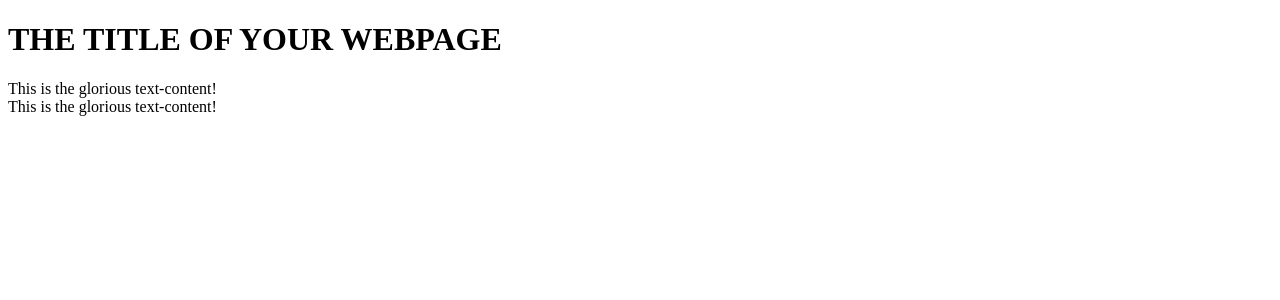
Repository: jnguyen113/DOM-Manipulation
Page: index.html
The author's editor kept a copy of each file at every save. The page is drawn from the files as they stood at one save, then again after the next save.
The browser window is 1280 px wide. The pictures show the whole page.

Above is the page before, as saved 2020-06-11 18:09:11.

### index.html
<!DOCTYPE html>
<html>
    <body>
        <h1>
            THE TITLE OF YOUR WEBPAGE
        </h1>
        <div id="container">
            <div class="content">
                This is the glorious text-content!
            </div>
        </div>
    </body>
    <script src="main.js"></script>
</html>

### main.js
const container = document.querySelector('#container');//references the container id
const content = document.createElement('div');//create a new div and store it into content
content.classList.add('content');//add class and some text to content div
content.textContent = 'This is the glorious text-content!';

container.appendChild(content);//append that div to container

After the next save:
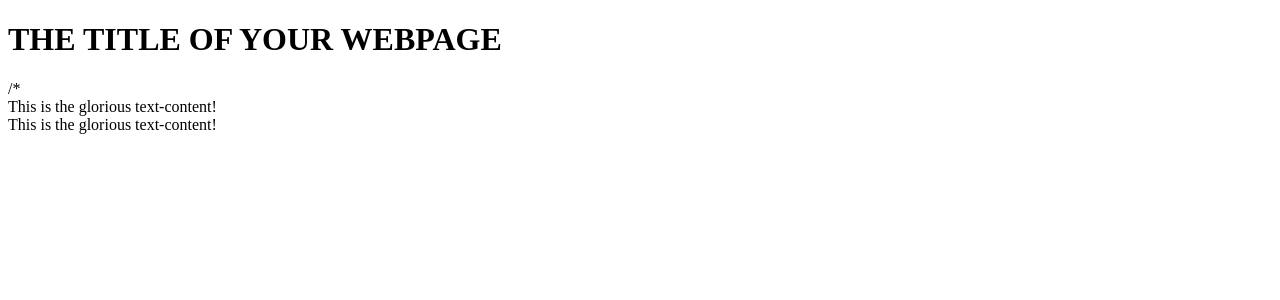
Saved 7 s later.
--- a/index.html
+++ b/index.html
@@ -5,7 +5,7 @@
             THE TITLE OF YOUR WEBPAGE
         </h1>
         <div id="container">
-            <div class="content">
+            /*<div class="content">
                 This is the glorious text-content!
             </div>
         </div>

After the 3 saves that followed:
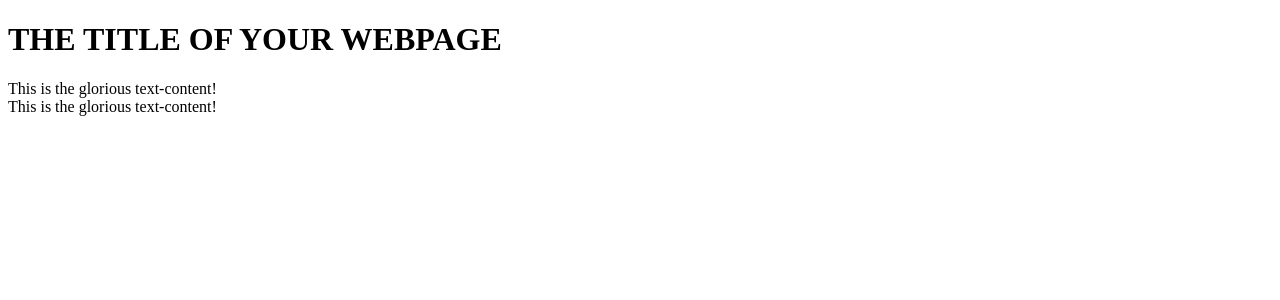
The 3 saves are shown as one change because they came seconds apart.
The last was saved 9 s later.
--- a/index.html
+++ b/index.html
@@ -5,7 +5,7 @@
             THE TITLE OF YOUR WEBPAGE
         </h1>
         <div id="container">
-            /*<div class="content">
+            <div class="content">
                 This is the glorious text-content!
             </div>
         </div>
